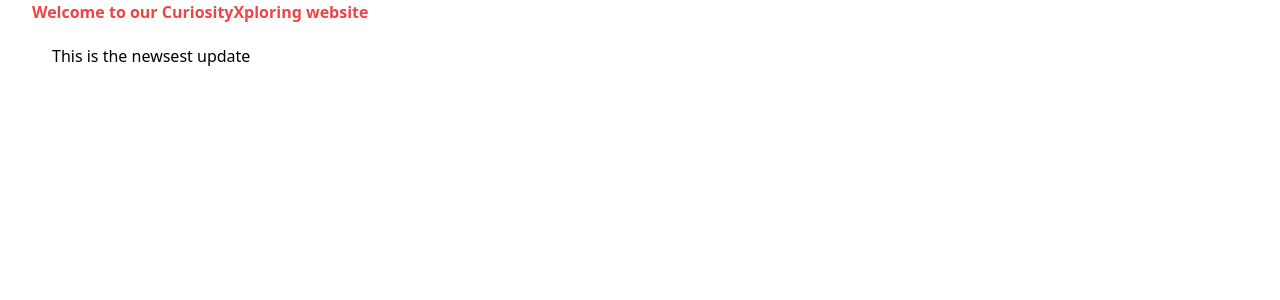
Repository: emorilebo/curiosityxploring-site
Page: /
These files come from the project's save history. The page is drawn as it stood at one moment and after the next save; the edit follows.
The browser window is 1280 px wide. The pictures show the whole page.
The project was rebuilt for these pictures with package versions that can differ from the ones it lists, and the page was loaded fresh each time. The framework's server and built-in components were replaced by stand-ins that run in the browser. Also part of the build but not shown: next.config.js.

Above is the page before, as saved 2022-12-04 17:20:37.

### pages/index.js
import Head from "next/head";
import Image from "next/image";
import styles from "../styles/Home.module.css";

export default function Home() {
  return (
    <div className={styles.container}>
      <Head>
        <title>
          Curiosityxploring - Amazng global community of worldbest developer
        </title>
        <meta name="description" content="Generated by create next app" />
        <link rel="icon" href="/favicon.ico" />
      </Head>
      <h1 className="text-red-500 font-bold t">Welcome to our CuriosityXploring website</h1>
      <p className="p-5">This is the newsest update</p>
    </div>
  );
}

### tailwind.config.js
/** @type {import('tailwindcss').Config} */
module.exports = {
  purge: ["./pages/**/*.{js,ts,jsx,tsx}", "./components/**/*.{js,ts,jsx,tsx}"],
  darkMode: false, // or 'media' or 'class'
  theme: {
    extend: {},
  },
  variants: {
    extend: {},
  },
  plugins: [],
};

Loaded but not shown: pages/_app.js (common file); styles/globals.css (common file); styles/Home.module.css (common file)

After the next save:
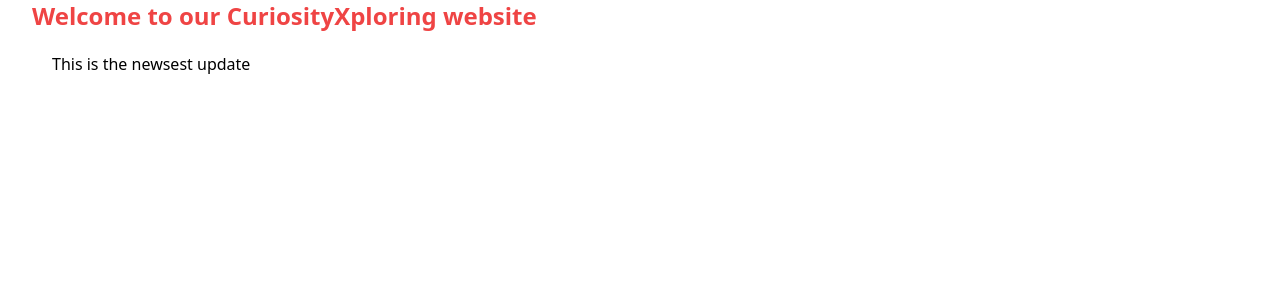
Saved 4 s later.
--- a/pages/index.js
+++ b/pages/index.js
@@ -12,7 +12,7 @@
         <meta name="description" content="Generated by create next app" />
         <link rel="icon" href="/favicon.ico" />
       </Head>
-      <h1 className="text-red-500 font-bold t">Welcome to our CuriosityXploring website</h1>
+      <h1 className="text-red-500 font-bold text-2xl">Welcome to our CuriosityXploring website</h1>
       <p className="p-5">This is the newsest update</p>
     </div>
   );
